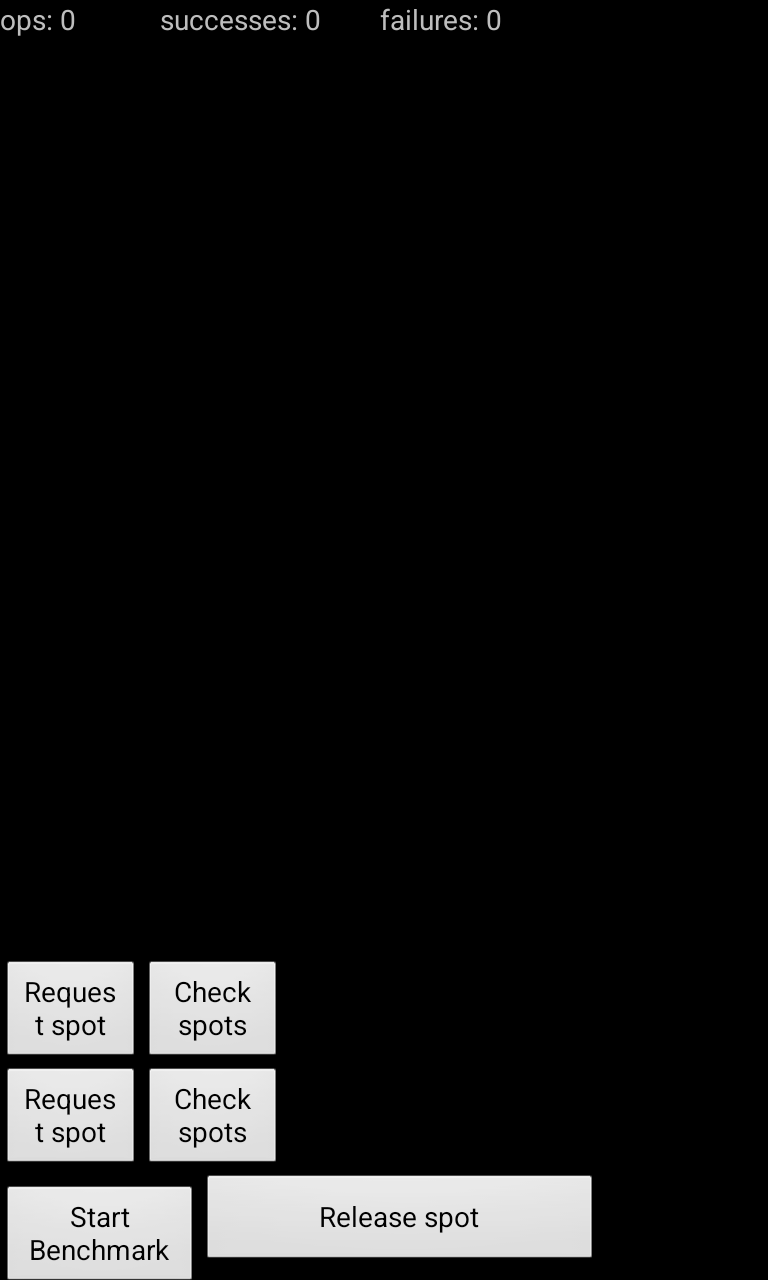
Repository: jasongao/csmcode
Layout: current/workspace/SMCloud/res/layout/main.xml
An editor plug-in stored every save of this project. The layout is shown before and after the next save, followed by the edit.
It is drawn on a 768 x 1280 px phone screen (xhdpi) without system bars, with theme android:Theme; the app's code is not run. Lists and similar views that code fills are empty.

Above is the layout before, as saved 2011-07-14 16:14:33.

After the next save:
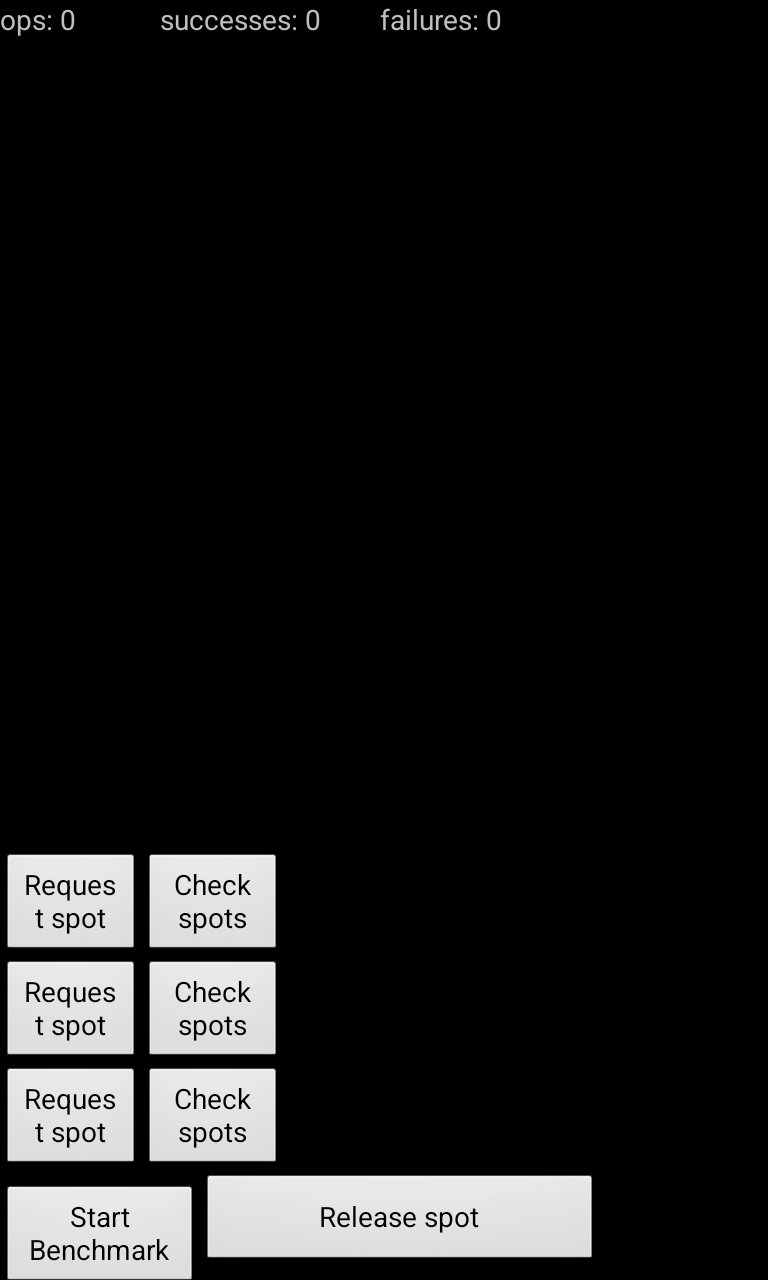
Saved 12 s later.
--- a/current/workspace/SMCloud/res/layout/main.xml
+++ b/current/workspace/SMCloud/res/layout/main.xml
@@ -20,7 +20,7 @@
 
 	<LinearLayout android:layout_width="fill_parent"
 		android:orientation="horizontal" android:layout_height="wrap_content"
-		android:id="@+id/RequestLayout">
+		android:id="@+id/RequestALayout">
 		<Button android:layout_height="wrap_content"
 			android:layout_width="71dip" android:text="Request spot"
 			android:id="@+id/requestparking_button"></Button>
@@ -30,7 +30,17 @@
 
 	<LinearLayout android:layout_width="fill_parent"
 		android:orientation="horizontal" android:layout_height="wrap_content"
-		android:id="@+id/RequestLayout">
+		android:id="@+id/RequestBLayout">
+		<Button android:layout_height="wrap_content"
+			android:layout_width="71dip" android:text="Request spot"
+			android:id="@+id/requestparking_button"></Button>
+		<Button android:layout_height="wrap_content"
+			android:layout_width="71dip" android:text="Check spots" android:id="@+id/readparking_button"></Button>
+	</LinearLayout>
+
+	<LinearLayout android:layout_width="fill_parent"
+		android:orientation="horizontal" android:layout_height="wrap_content"
+		android:id="@+id/RequestCLayout">
 		<Button android:layout_height="wrap_content"
 			android:layout_width="71dip" android:text="Request spot"
 			android:id="@+id/requestparking_button"></Button>

After the 3 saves that followed:
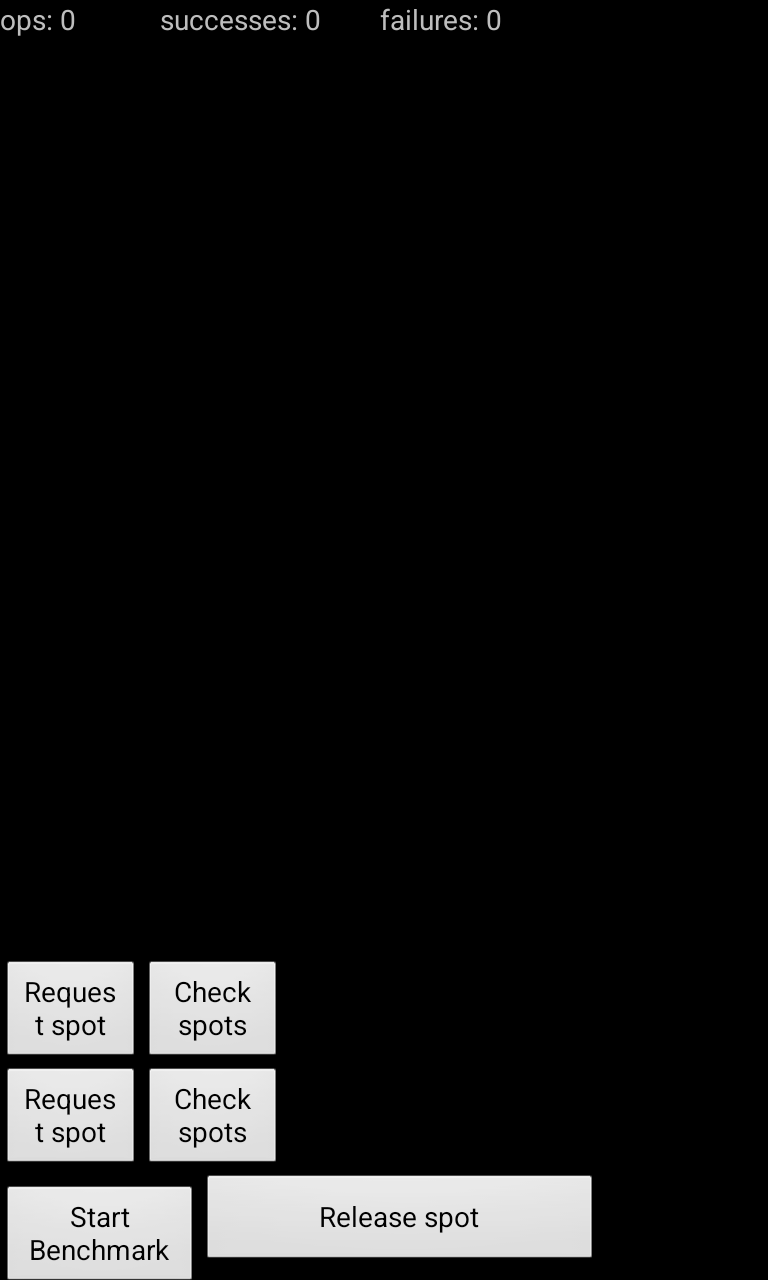
The 3 saves are shown as one change because 2 left the picture as it was.
The last was saved 24 s later.
--- a/current/workspace/SMCloud/res/layout/main.xml
+++ b/current/workspace/SMCloud/res/layout/main.xml
@@ -20,7 +20,7 @@
 
 	<LinearLayout android:layout_width="fill_parent"
 		android:orientation="horizontal" android:layout_height="wrap_content"
-		android:id="@+id/RequestALayout">
+		android:id="@+id/RequestSpotLayout">
 		<Button android:layout_height="wrap_content"
 			android:layout_width="71dip" android:text="Request spot"
 			android:id="@+id/requestparking_button"></Button>
@@ -30,17 +30,7 @@
 
 	<LinearLayout android:layout_width="fill_parent"
 		android:orientation="horizontal" android:layout_height="wrap_content"
-		android:id="@+id/RequestBLayout">
-		<Button android:layout_height="wrap_content"
-			android:layout_width="71dip" android:text="Request spot"
-			android:id="@+id/requestparking_button"></Button>
-		<Button android:layout_height="wrap_content"
-			android:layout_width="71dip" android:text="Check spots" android:id="@+id/readparking_button"></Button>
-	</LinearLayout>
-
-	<LinearLayout android:layout_width="fill_parent"
-		android:orientation="horizontal" android:layout_height="wrap_content"
-		android:id="@+id/RequestCLayout">
+		android:id="@+id/CheckSpotLayout">
 		<Button android:layout_height="wrap_content"
 			android:layout_width="71dip" android:text="Request spot"
 			android:id="@+id/requestparking_button"></Button>
